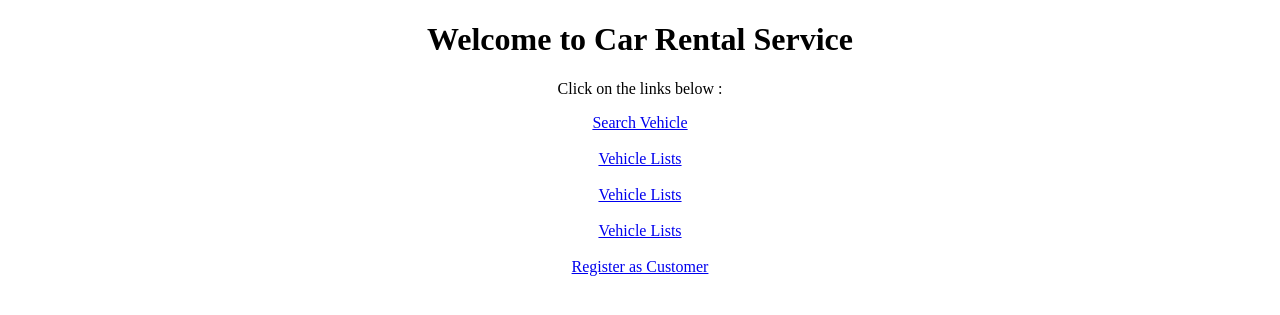
Repository: harsh23012/InfiniteProjects
Page: CarRent/carrent/src/main/webapp/UserPage.html
An editor plug-in stored every save of this project. The page is shown before and after the next save, followed by the edit.
The browser window is 1280 px wide. The pictures show the whole page.

Above is the page before, as saved 2025-05-04 19:36:11.

After the next save:
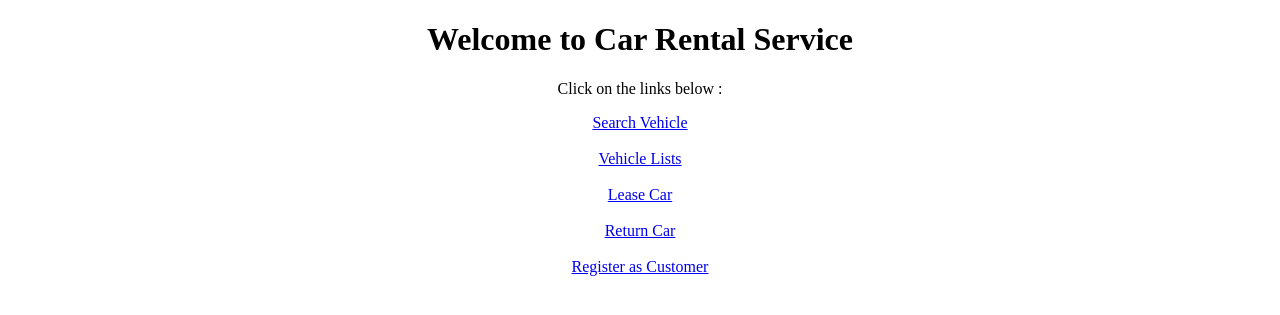
Saved 58 s later.
--- a/CarRent/carrent/src/main/webapp/UserPage.html
+++ b/CarRent/carrent/src/main/webapp/UserPage.html
@@ -18,11 +18,11 @@
         <!-- Link to list of available vehicle page -->
         <a href="AvailVehicle.html">Vehicle Lists</a><br><br>
 
-        <!-- Link to list of available vehicle page -->
-        <a href="AvailVehicle.html">Vehicle Lists</a><br><br>
+        <!-- Link to lease vehicle -->
+        <a href="LeaseCar.html">Lease Car</a><br><br>
 
-        <!-- Link to list of available vehicle page -->
-        <a href="AvailVehicle.html">Vehicle Lists</a><br><br>
+        <!-- Link to return vehicle -->
+        <a href="ReturnCar.html">Return Car</a><br><br>
 
         <!-- Link to add Customer -->
         <a href="AddCustomer.html">Register as Customer</a>
